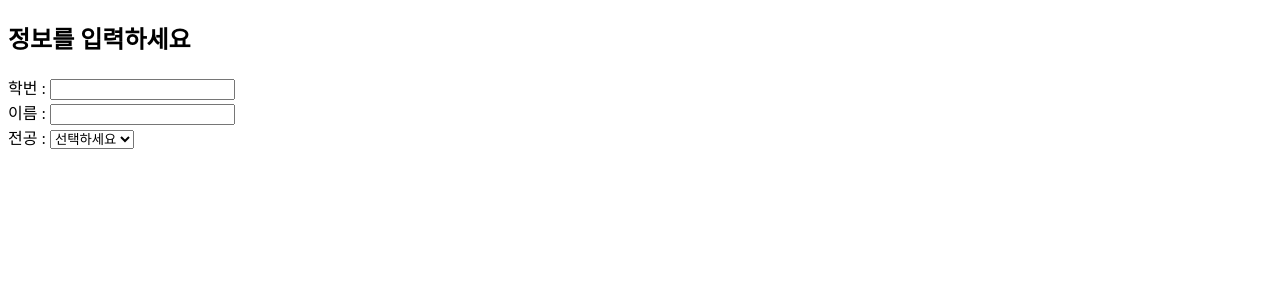
Repository: BangHoJung/jsp
Page: http://localhost/Step02/1229/quest_p238.jsp
The author's editor kept a copy of each file at every save. The page is drawn from the files as they stood at one save, then again after the next save.
The browser window is 1280 px wide. The pictures show the whole page.
The page is served by Tomcat 9.

Above is the page before, as saved 2020-12-29 05:28:39.

After the next save:
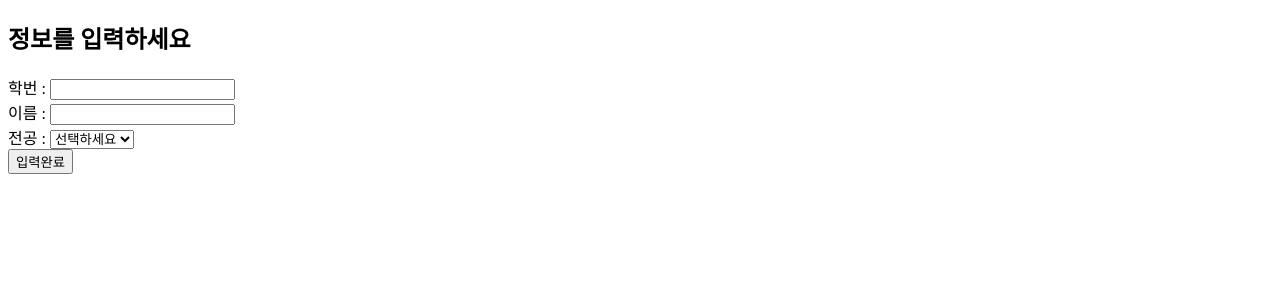
Saved 28 s later.
--- a/Step02/WebContent/1229/quest_p238.jsp
+++ b/Step02/WebContent/1229/quest_p238.jsp
@@ -17,7 +17,8 @@
 				<option value="컴퓨터공학">컴퓨터공학</option>
 				<option value="전자공학">전자공학</option>
 				<option value="기계공학">기계공학</option>
-			</select>
+			</select> <br>
+			<input type="submit"  value="입력완료">
 	</form>
 </body>
 </html>
